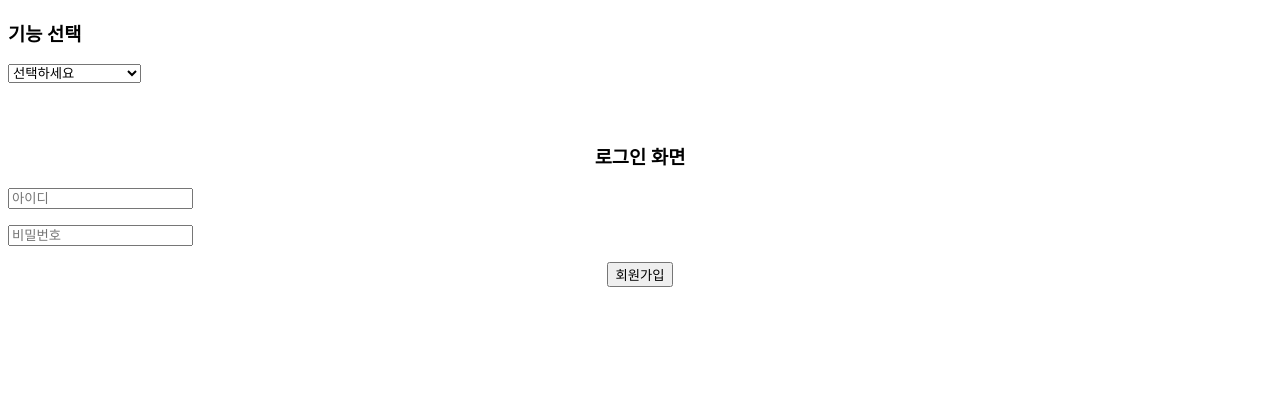
Repository: minjikimkim2222/BBS
Page: http://localhost/BBS/login.jsp
These files come from the project's save history. The page is drawn as it stood at one moment and after the next save; the edit follows.
The browser window is 1280 px wide. The pictures show the whole page.
The page is served by Tomcat 9.

Above is the page before, as saved 2023-12-23 03:19:14.

After the next save:
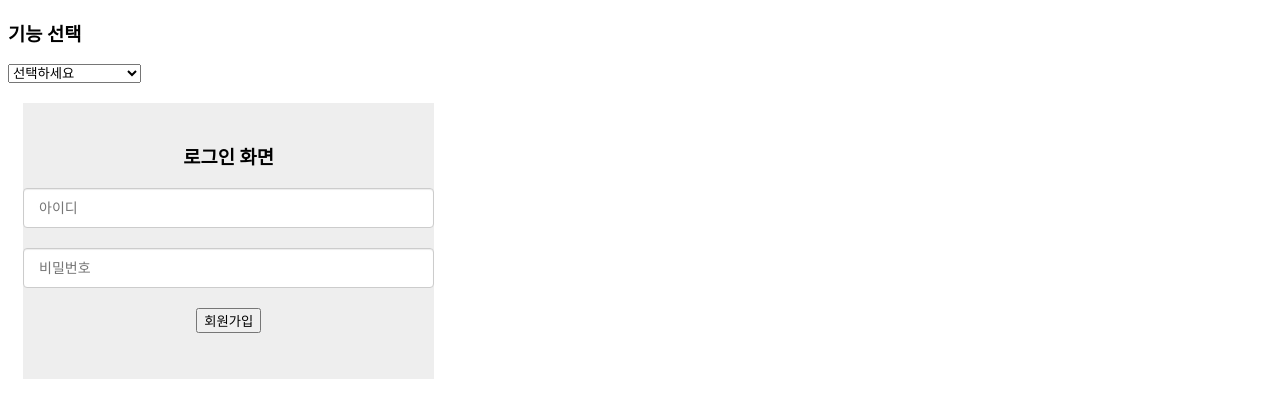
Saved 42 s later.
--- a/BBS/src/main/webapp/css/bootstrap.css
+++ b/BBS/src/main/webapp/css/bootstrap.css
@@ -1,8 +1,50 @@
 @charset "UTF-8";
 
-.h1_align {
-	text-align : center;
-	padding : 20px; /* 내부 여백  */
-	margin : 20px 260px; /* 외부 여백   */
-	border : solid 2px;
-};
+.form-group {
+  margin-bottom: 20px;
+}
+
+.form-control {
+  display: block;
+  width: 100%;
+  height: 40px;
+  padding: 10px 15px;
+  font-size: 14px;
+  line-height: 1.42857143;
+  color: #555;
+  background-color: #fff;
+  background-image: none;
+  border: 1px solid #ccc;
+  border-radius: 4px;
+  -webkit-box-shadow: inset 0 1px 1px rgba(0, 0, 0, .075);
+          box-shadow: inset 0 1px 1px rgba(0, 0, 0, .075);
+  -webkit-transition: border-color ease-in-out .15s, -webkit-box-shadow ease-in-out .15s;
+       -o-transition: border-color ease-in-out .15s, box-shadow ease-in-out .15s;
+          transition: border-color ease-in-out .15s, box-shadow ease-in-out .15s;
+  box-sizing: border-box; /* 추가된 부분 */
+}
+
+.container {
+  padding-right: 15px;
+  padding-left: 15px;
+  margin-right: auto;
+  margin-left: auto;
+}
+
+.jumbotron {
+  padding-top: 30px;
+  padding-bottom: 30px;
+  margin-bottom: 30px;
+  color: inherit;
+  background-color: #eee;
+  box-sizing: border-box; /* 추가된 부분 */
+}
+
+.col-lg-4 {
+  width: 33.33333333%;
+}
+
+
+.col-lg-5 {
+    width: 41.66666667%;
+}
